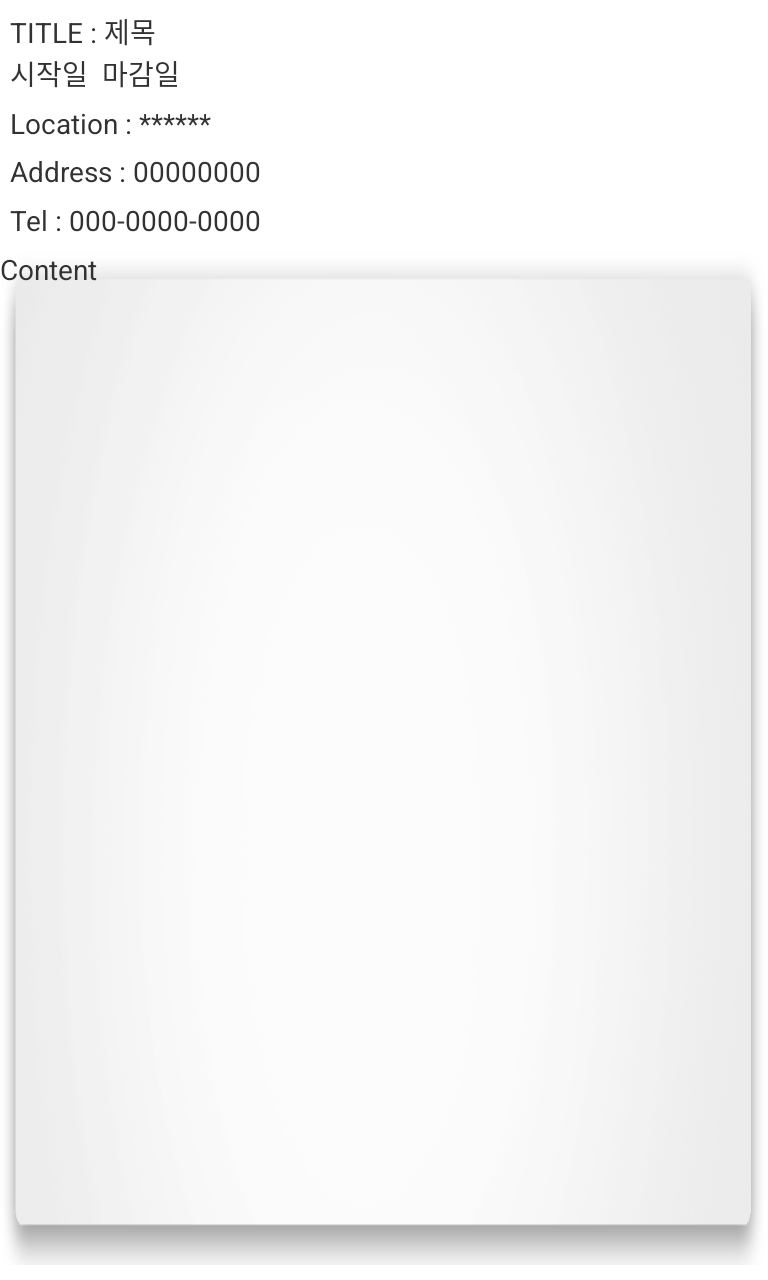
Repository: chlduq04/java
Layout: Culturemap/res/layout/detail.xml
An editor plug-in stored every save of this project. The layout is shown before and after the next save, followed by the edit.
It is drawn on a 768 x 1280 px phone screen (xhdpi) without system bars, with theme AppTheme; the app's code is not run.

Above is the layout before, as saved 2012-07-23 07:05:50.

### Culturemap/res/layout/detail.xml
<?xml version="1.0" encoding="utf-8"?>
<LinearLayout xmlns:android="http://schemas.android.com/apk/res/android"
    android:layout_width="match_parent"
    android:layout_height="match_parent"
    android:orientation="vertical" >

    <LinearLayout
        android:padding="5dip"
        android:layout_width="match_parent"
        android:layout_height="wrap_content"
        android:layout_weight="0.15"
        android:orientation="vertical" >

        <LinearLayout
            android:layout_width="fill_parent"
            android:layout_height="wrap_content"
            android:layout_weight="1">

            <TextView
                android:layout_width="wrap_content"
                android:layout_height="wrap_content"
                android:text="TITLE : " >
            </TextView>

            <TextView
                android:layout_width="wrap_content"
                android:layout_height="wrap_content"
                android:text="제목" >
            </TextView>
        </LinearLayout>

        <LinearLayout
            android:layout_width="fill_parent"
            android:layout_height="wrap_content"
            android:layout_weight="1"
            >

            <TextView
                android:layout_width="wrap_content"
                android:layout_height="wrap_content"
                android:text="시작일  " >
            </TextView>

            <TextView
                android:layout_width="wrap_content"
                android:layout_height="wrap_content"
                android:text="마감일" >
            </TextView>
        </LinearLayout>

        <LinearLayout
            android:layout_width="fill_parent"
            android:layout_height="wrap_content"
            android:layout_weight="1"
            android:paddingTop="5dip" >

            <TextView
                android:layout_width="wrap_content"
                android:layout_height="wrap_content"
                android:text="Location : " >
            </TextView>

            <TextView
                android:layout_width="wrap_content"
                android:layout_height="wrap_content"
                android:text="******" >
            </TextView>
        </LinearLayout>

        <LinearLayout
            android:layout_width="fill_parent"
            android:layout_height="wrap_content"
            android:layout_weight="1"
            android:paddingTop="5dip" >

            <TextView
                android:layout_width="wrap_content"
                android:layout_height="wrap_content"
                android:text="Address : " >
            </TextView>

            <TextView
                android:layout_width="wrap_content"
                android:layout_height="wrap_content"
                android:text="00000000" >
            </TextView>
        </LinearLayout>

        <LinearLayout
            android:layout_width="fill_parent"
            android:layout_height="wrap_content"
            android:layout_weight="1"
            android:paddingTop="5dip" >

            <TextView
                android:layout_width="wrap_content"
                android:layout_height="wrap_content"
                android:text="Tel : " >
            </TextView>

            <TextView
                android:layout_width="wrap_content"
                android:layout_height="wrap_content"
                android:text="000-0000-0000" >
            </TextView>
        </LinearLayout>
    </LinearLayout>

    <LinearLayout
        android:layout_width="match_parent"
        android:layout_height="wrap_content"
        android:layout_weight="6"
        android:background="@drawable/contents"
        android:orientation="vertical" >

        <TextView
            android:layout_width="fill_parent"
            android:layout_height="fill_parent"
            android:text="Content" >
        </TextView>
    </LinearLayout>

    <LinearLayout
        android:layout_width="match_parent"
        android:layout_height="wrap_content"
        android:layout_weight="0.8"
        android:orientation="vertical" >
    </LinearLayout>

</LinearLayout>

Loaded but not shown: Culturemap/res/values/styles.xml (common file)

After the next save:
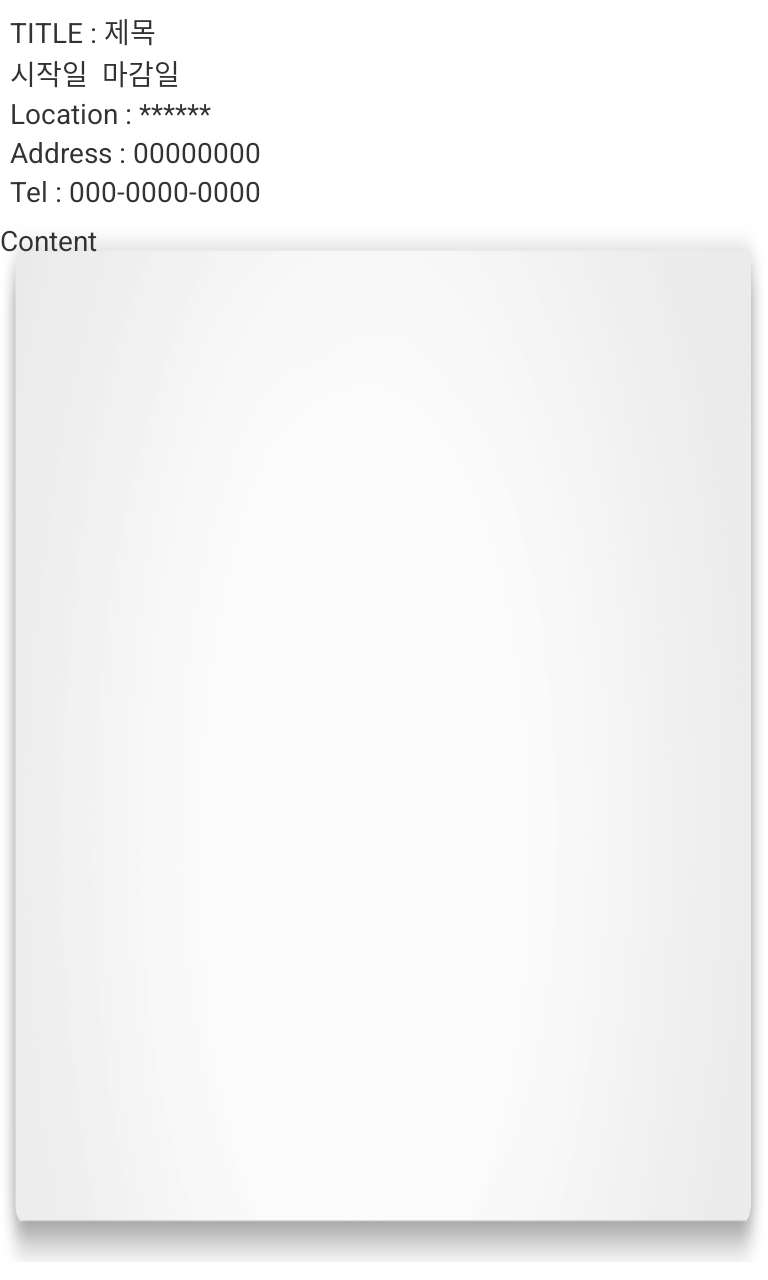
Saved 19 s later.
--- a/Culturemap/res/layout/detail.xml
+++ b/Culturemap/res/layout/detail.xml
@@ -52,7 +52,7 @@
             android:layout_width="fill_parent"
             android:layout_height="wrap_content"
             android:layout_weight="1"
-            android:paddingTop="5dip" >
+            >
 
             <TextView
                 android:layout_width="wrap_content"
@@ -71,7 +71,7 @@
             android:layout_width="fill_parent"
             android:layout_height="wrap_content"
             android:layout_weight="1"
-            android:paddingTop="5dip" >
+            >
 
             <TextView
                 android:layout_width="wrap_content"
@@ -90,7 +90,7 @@
             android:layout_width="fill_parent"
             android:layout_height="wrap_content"
             android:layout_weight="1"
-            android:paddingTop="5dip" >
+             >
 
             <TextView
                 android:layout_width="wrap_content"
